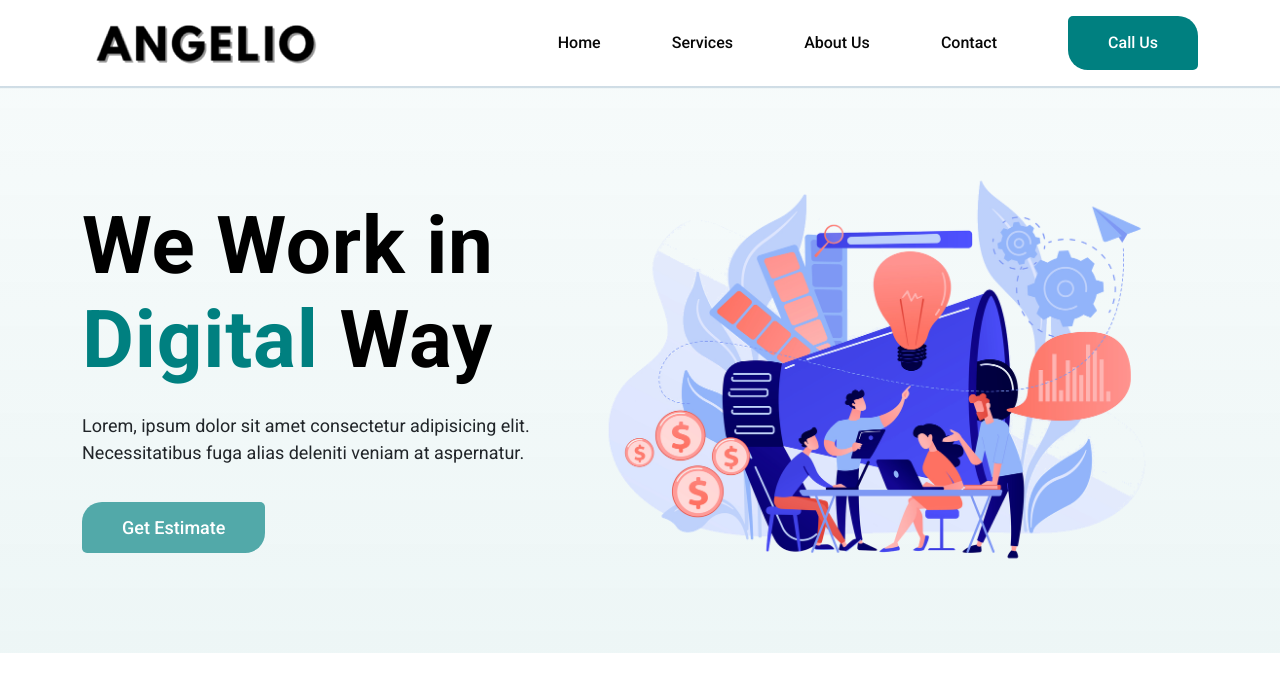
Repository: nazmulalok/landing-page-angelio
Page: index.html
An editor plug-in stored every save of this project. The page is shown before and after the next save, followed by the edit.
The browser window is 1280 px wide. The pictures show the whole page.
The pointer rests on the first visible `li.nav-cta a`.

Above is the page before, as saved 2022-09-04 17:05:47.

After the next save:
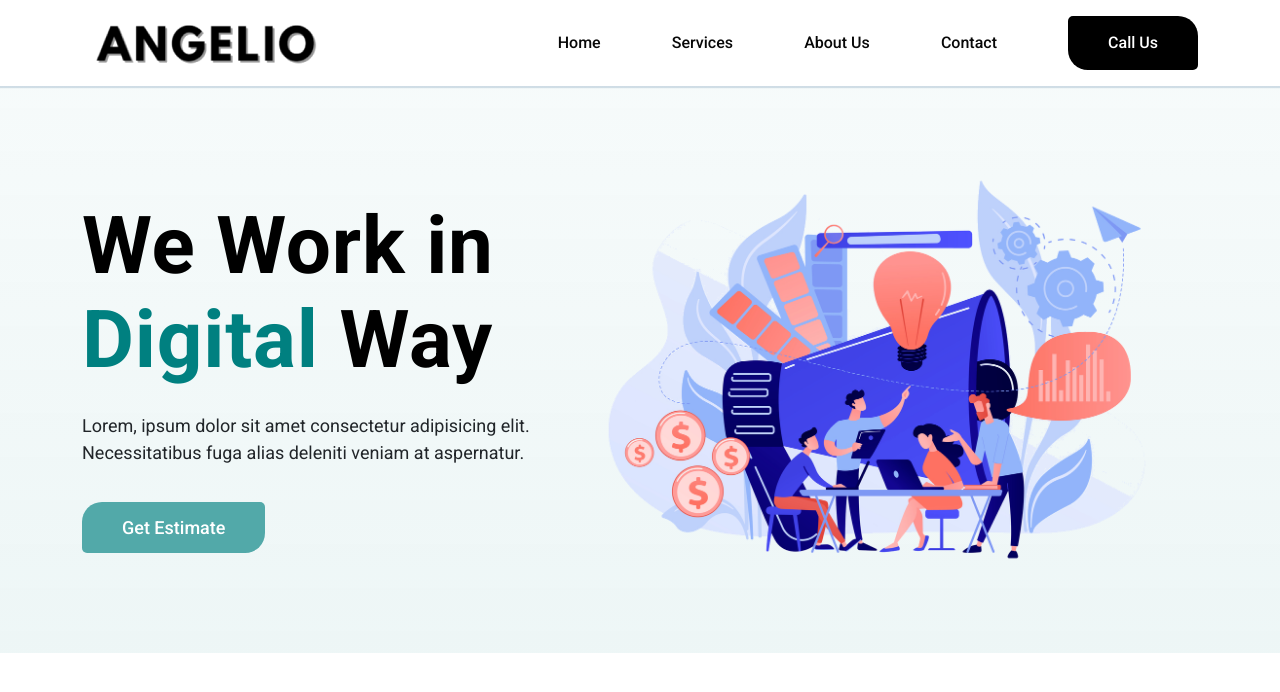
Saved 8 min 42 s later.
--- a/style.css
+++ b/style.css
@@ -39,7 +39,7 @@ li.nav-cta a {
 }
 
 li.nav-cta a:hover {
-    background: #008080;
+    background: #000;
     color: #fff;
     border-radius: 5px 20px;
     transition: all 0.3s ease;
